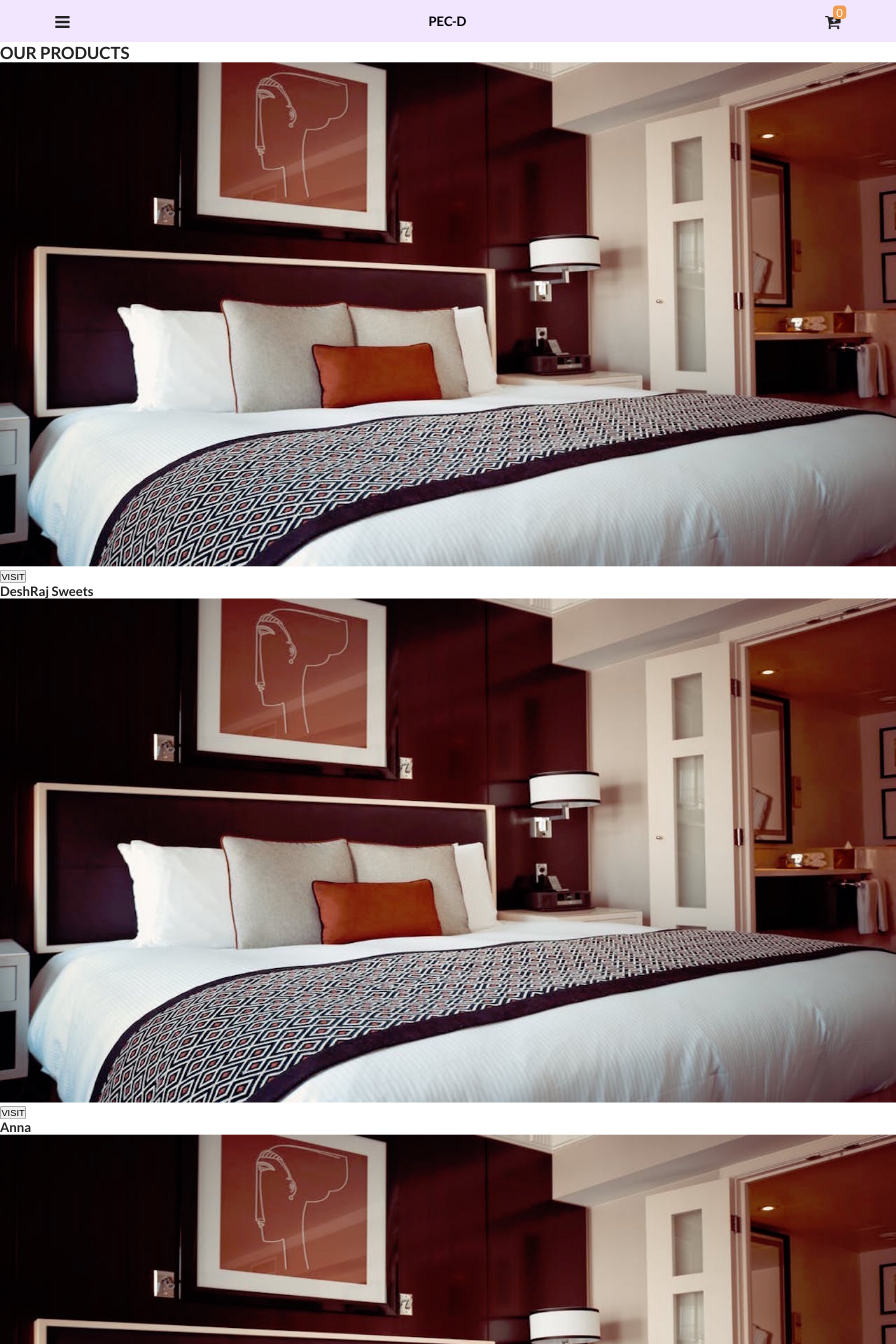
Repository: CHIR4G7/PEC-D
Page: public/index.html
These files come from the project's save history. The page is drawn as it stood at one moment and after the next save; the edit follows.
The browser window is 1280 px wide. The pictures show the part of the page from y = 0 to 1920 px (the page is 4724 px tall before and 4743 px after), at 70% of full size.

Above is the page before, as saved 2023-07-08 00:59:25.

### public/index.html
<!DOCTYPE html>
<html lang="en">

<head>
    <meta charset="UTF-8">
    <meta http-equiv="X-UA-Compatible" content="IE=edge">
    <meta name="viewport" content="width=device-width, initial-scale=1.0">
    <title>PEC-D</title>
    <link rel="stylesheet" href="https://cdnjs.cloudflare.com/ajax/libs/font-awesome/4.7.0/css/font-awesome.min.css">
    <link rel="stylesheet" href="css/style.css">
</head>

<body>
    <!-- navabr -->
    <nav class="navbar">
        <div class="navbar-center">
            <span class="nav-icon">
                <i class="fa fa-bars"></i>
            </span>
            <!-- <img src="/images/logo.svg" alt="logo" class="sr"> -->
            <h3 class="logo-name">PEC-D</h3>
            <div class="cart-btn">
                <span class="nav-icon">
                    <i class="fa fa-cart-plus"></i>
                </span>
                <div class="cart-items">0</div>
            </div>
        </div>
    </nav>
    <!-- end of navbar -->

    <!-- hero -->
    <!-- <header class="hero">
        <div class="banner">
            <h1 class="banner-title">FURNITURE COLLECTION</h1>
            <button class="banner-btn">SHOW NOW</button>
        </div>
    </header> -->
    <!-- end of hero -->

    <!-- products -->
    <div class="products">
         <div class="section-title">
            <h2>OUR PRODUCTS</h2>
        </div>
        <div class="body1">
            <div class="content">
                <ul class="content-inner">

                </ul>
            </div>
        </div>
        <div class="products-center">
            <!-- single product -->

            <!-- PRODCUT DETIALS -->
            <!-- <article class="product">
                <div class="img-container">
                    <img src="/images/product-1.jpeg" alt="product" class="product-img">
                    <button class="bag-btn" data-id="1">
                        <i class="fa fa-shopping-cart"></i>
                        add to bag.
                    </button>
                </div>
                <h3>add name</h3>

            </article> -->
            <!-- THIS IS END OF PRODUCT DETIALS -->

            <!-- PRODCUT DETIALS -->
            <!-- <article class="product">
                <div class="img-container">
                    <img src="/images/product-8.jpeg" alt="product" class="product-img">
                    <button class="bag-btn" data-id="1">
                        <i class="fa fa-shopping-cart"></i>
                        add to bag.
                    </button>
                </div>
                <h3>TABLE</h3>
                <h4>$11.99</h4>
            </article> -->
            <!-- THIS IS END OF PRODUCT DETIALS -->

            <!-- PRODCUT DETIALS -->
            <!-- <article class="product">
                <div class="img-container">
                    <img src="/images/product-7.jpeg" alt="product" class="product-img">
                    <button class="bag-btn" data-id="1">
                        <i class="fa fa-shopping-cart"></i>
                        add to bag.
                    </button>
                </div>
                <h3>COUCH</h3>
                <h4>$42.99</h4>
            </article> -->
            <!-- THIS IS END OF PRODUCT DETIALS -->

            <!-- PRODCUT DETIALS -->
            <!-- <article class="product">
                <div class="img-container">
                    <img src="/images/product-2.jpeg" alt="product" class="product-img">
                    <button class="bag-btn" data-id="1">
                        <i class="fa fa-shopping-cart"></i>
                        add to bag.
                    </button>
                </div>
                <h3>KING PANEL BED</h3>
                <h4>$12.99</h4>
            </article> -->
            <!-- THIS IS END OF PRODUCT DETIALS -->

            <!-- PRODCUT DETIALS -->
            <!-- <article class="product">
                <div class="img-container">
                    <img src="/images/product-5.jpeg" alt="product" class="product-img">
                    <button class="bag-btn" data-id="1">
                        <i class="fa fa-shopping-cart"></i>
                        add to bag.
                    </button>
                </div>
                <h3>FRIDGE</h3>
                <h4>$34.99</h4>
            </article> -->
            <!-- THIS IS END OF PRODUCT DETIALS -->

            <!-- PRODCUT DETIALS -->
            <!-- <article class="product">
                <div class="img-container">
                    <img src="/images/product-6.jpeg" alt="product" class="product-img">
                    <button class="bag-btn" data-id="1">
                        <i class="fa fa-shopping-cart"></i>
                        add to bag.
                    </button>
                </div>
                <h3>DRESSER</h3>
                <h4>$22.99</h4>
            </article> -->
            <!-- THIS IS END OF PRODUCT DETIALS -->

            <!-- PRODCUT DETIALS -->
            <!-- <article class="product">
                <div class="img-container">
                    <img src="/images/product-3.jpeg" alt="product" class="product-img">
                    <button class="bag-btn" data-id="1">
                        <i class="fa fa-shopping-cart"></i>
                        add to bag.
                    </button>
                </div>
                <h3>TWIN PANEL BED</h3>
                <h4>$17.99</h4>
            </article> -->
            <!-- THIS IS END OF PRODUCT DETIALS -->

            <!-- PRODCUT DETIALS -->
            <!-- <article class="product">
                <div class="img-container">
                    <img src="/images/product-4.jpeg" alt="product" class="product-img">
                    <button class="bag-btn" data-id="1">
                        <i class="fa fa-shopping-cart"></i>
                        add to bag.
                    </button>
                </div>
                <h3>SINGLE PANEL BED</h3>
                <h4>$23.99</h4>
            </article> -->
            <!-- THIS IS END OF PRODUCT DETIALS -->
        </div>
    </div>
    <!-- end of products -->




    <!-- CART BEGINS -->
    <div class="cart-overlay">
        <div class="cart">
            <span class="close-cart">
                <i class="fa fa-window-close"></i>
            </span>
            <h2>YOUR CART</h2>
            <div class="cart-content">
                <!-- cart item -->
                <div class="cart-item">
                    <!-- <img src="/images/product-1.jpeg" alt="product">
                    <div>
                        <h4>QUEEN BED</h4>
                        <h5>$9.00</h5>
                        <span class="remove-item">Remove</span>
                    </div>
                    <div>
                        <i class="fa fa-chevron-up"></i>
                        <p class="item-amount">0</p>
                        <i class="fa fa-chevron-down"></i>
                    </div> -->
                </div>
                <!-- end of cart item -->

            </div>

            <div class="cart-footer">
                <h3>YOUR TOTAL : $ <span class="cart-total"></span></h3>
                <button class="clear-cart banner-btn">CLEAR CART</button>
            </div>

        </div>
    </div>
    <!-- CART ENDS -->
    <!-- FOOOTER -->
    <div class="footer">
        ALL RIGHTS RESERVED.
    </div>
    <!-- END OF THE FOOTER -->

    <script src="src/script.js"></script>
</body>

</html>

### public/css/style.css
@import url("https://fonts.googleapis.com/css?family=Lato:400,700");


/* creating variables */
:root {
    --primaryColor: #f09d51;
    --mainWhite: #fff;
    --mainBlack: #222;
    --mainGrey: #ececec;
    --mainSpacing: 0.1rem;
    --mainTransition: all 0.3s linear;
}

/* resetting elements */
* {
    margin: 0;
    padding: 0;
    box-sizing: border-box;
}


body {
    color: var(--mainBlack);
    background: var(--mainWhite);
    font-family: "Lato", sans-serif;
}


/* navbar */
.navbar {
    position: sticky;
    top: 0;
    height: 60px;
    width: 100%;
    display: flex;
    align-items: center;
    background: #f2e6ff;
    z-index: 1;
}

.logo-name
{
    color: black;
}

.navbar-center {
    width: 100%;
    max-width: 1170px;
    margin: 0 auto;
    display: flex;
    align-items: center;
    justify-content: space-between;
    padding: 0 1.5rem;
}

.nav-icon {
    font-size: 1.5rem;
}

.cart-btn {
    position: relative;
    cursor: pointer;
}

.cart-items {
    position: absolute;
    top: -8px;
    right: -8px;
    background: var(--primaryColor);
    padding: 0 5px;
    border-radius: 30%;
    color: var(--mainWhite);
}

/* hero */
.hero {
    min-height: calc(100vh - 60px);
    background: url("./images/bg-3.jpg") center/cover no-repeat;
    display: flex;
    align-items: center;
    justify-content: center;
  }
  .banner {
    text-align: center;
    background: #f2e6ff;
    display: inline-block;
    padding: 2rem;
  }
  .banner-title {
    font-size: 3.4rem;
    text-transform: uppercase;
    letter-spacing: var(--mainSpacing);
    margin-bottom: 3rem;
  }
  .banner-btn {
    padding: 1rem 3rem;
    text-transform: uppercase;
    letter-spacing: var(--mainSpacing);
    font-size: 1rem;
    background: #9999FF;
    color: var(--mainBlack);
    border: 1px solid var(--primaryColor);
    transition: var(--mainTransition);
    cursor: pointer;
  }
  .banner-btn:hover {
    background: transparent;
    color: var(--primaryColor);
  }


  /* products */
  /* .products {
    padding: 4rem 0;
    border: 2px solid red;
  }
  .section-title h2 {
    text-align: center;
    font-size: 2.5rem;
    margin-bottom: 5rem;
    text-transform: capitalize;
    letter-spacing: var(--mainSpacing);
  }
  .products-center {
    width: 90vw;
    margin: 0 auto;
    max-width: 1170px;
    display: grid;
    grid-template-columns: repeat(auto-fit, minmax(260px, 1fr));
    grid-column-gap: 1.5rem;
    grid-row-gap: 2rem;
  }
  .img-container {
    position: relative;
    overflow: hidden;
  }
  .bag-btn {
    position: absolute;
    top: 70%;
    right: 0;
    background: var(--primaryColor);
    border: none;
    text-transform: uppercase;
    padding: 0.5rem 0.75rem;
    letter-spacing: var(--mainSpacing);
    font-weight: bold;
    transition: var(--mainTransition);
    transform: translateX(101%);
    cursor: pointer;
  }
  .bag-btn:hover {
    color: var(--mainWhite);
  }
  .fa-shopping-cart {
    margin-right: 0.5rem;
  }
  .img-container:hover .bag-btn {
    transform: translateX(0);
  }
  .product-img {
    display: block;
    width: 100%;
    min-height: 12rem;
    transition: var(--mainTransition);
  }
  .img-container:hover .product-img {
    opacity: 0.5;
  }

  .product
  {
    border: 2px solid blue;
  }

  .product h3 {
    text-transform: capitalize;
    font-size: 1.1rem;
    margin-top: 1rem;
    letter-spacing: var(--mainSpacing);
    text-align: center;
  }

  .product h4 {
    margin-top: 0.7rem;
    letter-spacing: var(--mainSpacing);
    color: var(--primaryColor);
    text-align: center;
  }
   */

  /* cart */
  .cart-overlay {
    position: fixed;
    top: 0;
    right: 0;
    width: 100%;
    height: 100%;
    transition: var(--mainTransition);
    background: rgb(240, 157, 81, 0.5);
    z-index: 2;
    visibility: hidden;
  }
  .cart {
    position: fixed;
    top: 0;
    right: 0;
    width: 100%;
    height: 100%;
    overflow: scroll;
    z-index: 3;
    background: rgb(231, 226, 221);
    padding: 1.5rem;
    transition: var(--mainTransition);
    transform: translateX(100%);
  }
  .showCart {
    transform: translateX(0);
  }
  .transparentBcg {
    visibility: visible;
  }
  @media screen and (min-width: 768px) {
    .cart {
      width: 30vw;
      min-width: 450px;
    }
  }

  .close-cart {
    font-size: 1.7rem;
    cursor: pointer;
  }
  .cart h2 {
    text-transform: capitalize;
    text-align: center;
    letter-spacing: var(--mainSpacing);
    margin-bottom: 2rem;
  }
  /*---------- Cart Item -------------------- */
  .cart-item {
    display: grid;
    align-items: center;
    grid-template-columns: auto 1fr auto;
    grid-column-gap: 1.5rem;
    margin: 1.5rem 0;
  }
  .cart-item img {
    width: 75px;
    height: 75px;
  }
  .cart-item h4 {
    font-size: 0.85rem;
    text-transform: capitalize;
    letter-spacing: var(--mainSpacing);
  }
  .cart-item h5 {
    margin: 0.5rem 0;
    letter-spacing: var(--mainSpacing);
  }
  .item-amount {
    text-align: center;
  }
  .remove-item {
    color: black;
    cursor: pointer;
  }
  .fa-chevron-up,
  .fa-chevron-down {
    color: var(--primaryColor);
    cursor: pointer;
  }
  /*---------- End of Cart Item -------------------- */

  .cart-footer {
    margin-top: 2rem;
    letter-spacing: var(--mainSpacing);
    text-align: center;
  }
  .cart-footer h3 {
    text-transform: capitalize;
    margin-bottom: 1rem;
  }


  /* FOOTER */
  .footer
  {
    position: relative;
    text-align: center;
    top: 20px;
  }

### public/src/script.js


const productsDOM = document.querySelector('.products-center');

let shoparray = [];//ISME SAAARI KI SAARI DETAILS PADI HAIN PRODUCT K

class Shops{

    async getProducts() {
        try {
            let result = await fetch('./shops.json');
            let data = await result.json();

            //destructuring
            const shopsArray = data.shops.map(shop => ({ id: shop.id, name: shop.sname, image: shop.image}));

            return shopsArray;
        }
        catch (error) {
            console.log("r");
        }
    }

};

class display
{
    displayShops(shops)
    {
        let result = '';
       shops.forEach((shop)=>
       {
        console.log(shop.id);
        result+=` <article class="product">
        <div class="img-container">
            <img src="/images/product-1.jpeg" alt="product" class="product-img">
            <button class="bag-btn" data-id="1">

                VISIT
            </button>
        </div>
        <h3>${shop.name}</h3>

    </article>`;
       })
    productsDOM.innerHTML = result;
    }
};





//displaying the products

function displayProducts(shoparray)
{
    let result = '';
    shoparray.forEach(product => {
        // result += `      <article class="product">
        // <div class="img-container">
        //     <img src="/images/product-1.jpeg" alt="product" class="product-img">
        //     <button class="bag-btn" data-id=${product.id}>
        //         <i class="fa fa-shopping-cart"></i>
        //         add to bag.
        //     </button>
        // </div>
        // <h3>${product.name}</h3>`;
        console.log(product);
    })
    productsDOM.innerHTML = result;
}


    // console.log(shoparray);

    // till here
    document.addEventListener("DOMContentLoaded", () => {
        //when dom loads get the product info stored in an array SHOPSARRAY
        // (async function () {
        //     try {
        //         const shopsarray = await getProducts();
        //         shopsarray.forEach((e) => {
        //             shoparray.push(e);
        //         })
        //     }
        //     catch (error) {
        //         console.log(error);
        //     }
        // })();
        // console.log(shoparray);
        // displayProducts(shoparray);
        const shops = new Shops();
        const displaying = new display();

        shops.getProducts().then(products=>
            {
                displaying.displayShops(products);
            })

    })

### public/shops.json
{
    "shops" :
    [
        {
            "id" : 1,
            "sname" : "DeshRaj Sweets",
            "image" : "public/images/product-1.jpeg"
        },
        {
            "id" : 2,
            "sname" : "Anna",
            "image" : "public/images/product-1.jpeg"
        },
        {
            "id" : 3,
            "sname" : "Combo",
            "image" : "public/images/product-1.jpeg"
        },
        {
            "id" : 4,
            "sname" : "Forks and Knives",
            "image" : "public/images/product-1.jpeg"
        },
        {
            "id" : 5,
            "sname" : "Pandit",
            "image" : "public/images/product-1.jpeg"
        },
        {
            "id" : 6,
            "sname" : "Yankess",
            "image" : "public/images/product-1.jpeg"
        }
    ]
}

After the next save:
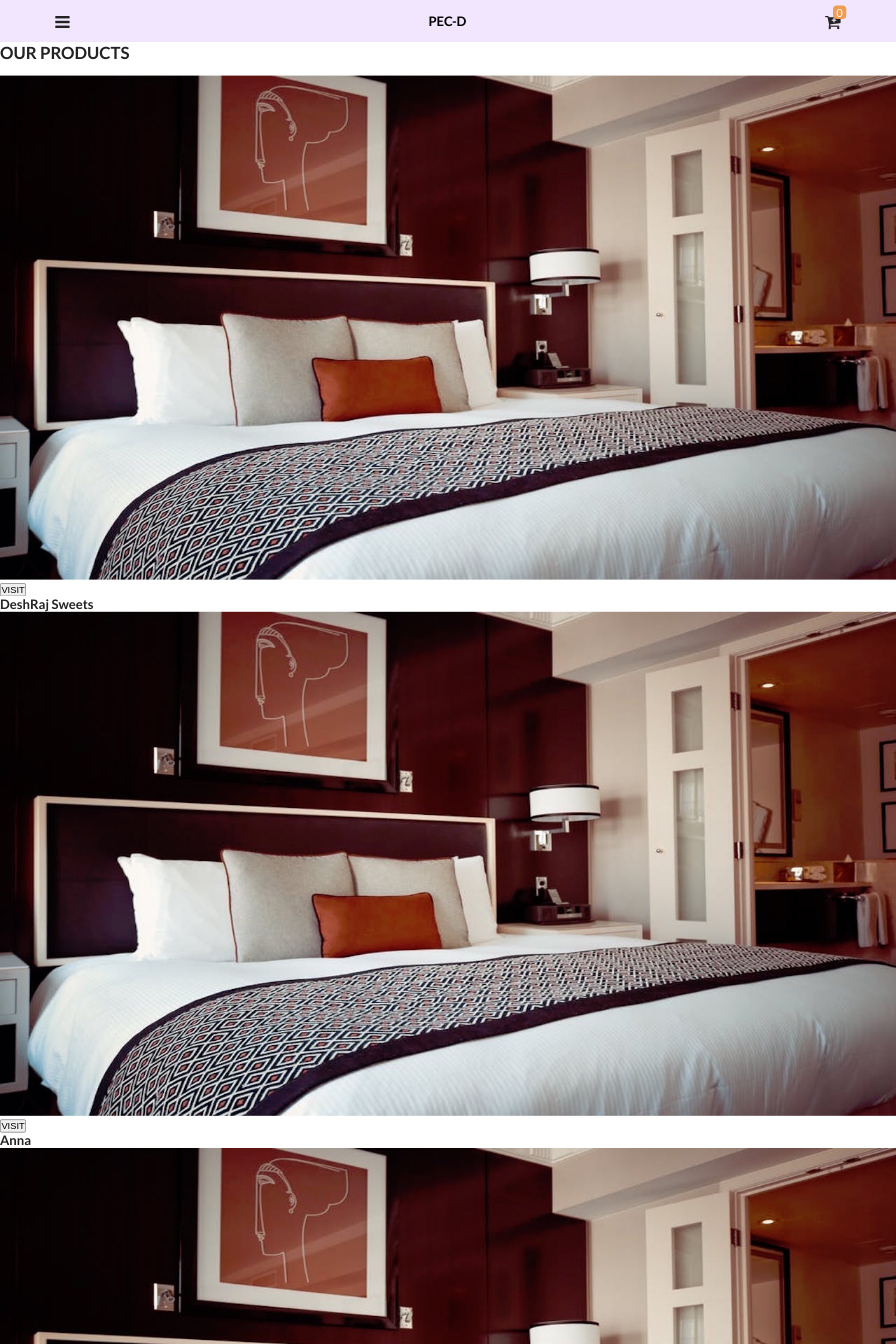
Saved 16 s later.
--- a/public/index.html
+++ b/public/index.html
@@ -46,7 +46,9 @@
         <div class="body1">
             <div class="content">
                 <ul class="content-inner">
-
+                    <li class="card">
+
+                    </li>
                 </ul>
             </div>
         </div>
